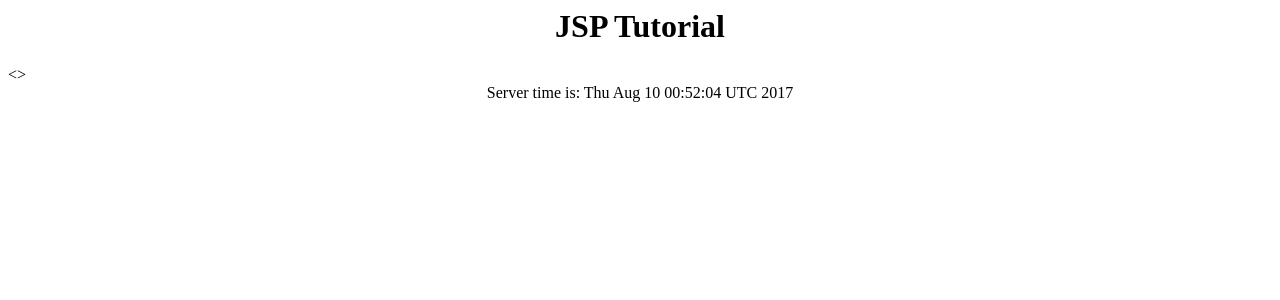
Repository: xiaoliu-lucy/JSP
Page: http://localhost/jspdemo/homepage.jsp
These files come from the project's save history. The page is drawn as it stood at one moment and after the next save; the edit follows.
The browser window is 1280 px wide. The pictures show the whole page.
The page is served by Tomcat 9. Other server files are loaded and not shown.

Above is the page before, as saved 2017-08-10 23:38:30.

### jspdemo/WebContent/homepage.jsp

<html>
	<body>
	<jsp:include page="myHeader.html" />
	<>
	<jsp:include page="myFooter.jsp" />
	</body>
</html>

### jspdemo/WebContent/myHeader.html
<h1 align="center"> JSP Tutorial</h1>

### jspdemo/WebContent/myFooter.jsp
<center>Server time is: <%= new java.util.Date() %>

After the next save:
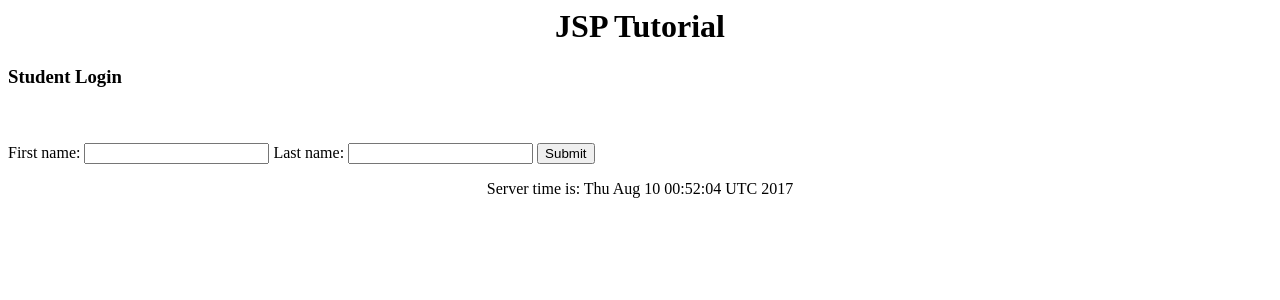
Saved 2 min 26 s later.
--- a/jspdemo/WebContent/homepage.jsp
+++ b/jspdemo/WebContent/homepage.jsp
@@ -2,7 +2,13 @@
 <html>
 	<body>
 	<jsp:include page="myHeader.html" />
-	<>
+	<h3>Student Login</h3>
+	</br></br>
+	<form action="student-response.jsp">
+	  First name: <input type="text" name="firstName" />
+	  Last name: <input type="text" name="lastName" />
+	  <input type="submit" value="Submit" />
+	</form>
 	<jsp:include page="myFooter.jsp" />
 	</body>
 </html>
